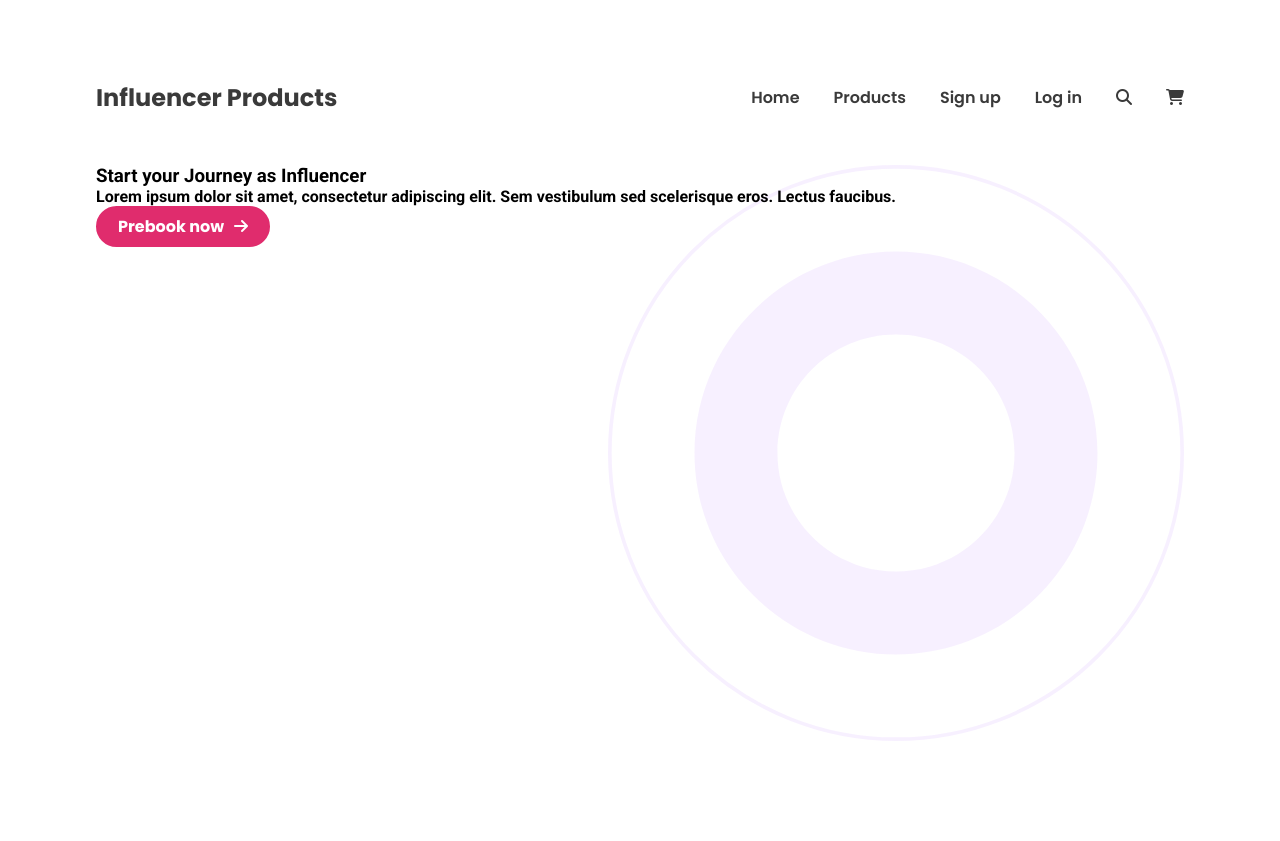
Repository: ShouravAhammed/Influencer-Gear-webpage
Page: index.html
An editor plug-in stored every save of this project. The page is shown before and after the next save, followed by the edit.
The browser window is 1280 px wide. The pictures show the whole page.
Some web libraries are served in a nearby version.

Above is the page before, as saved 2024-01-14 19:14:28.

### index.html
<!DOCTYPE html>
<html lang="en">
<head>
    <meta charset="UTF-8">
    <meta name="viewport" content="width=device-width, initial-scale=1.0">
    <!-- title -->
    <title>Influencer Gear</title>
    <!-- linked css -->
    <link rel="stylesheet" href="Style/style.css">
    <!-- fonts icon linked  -->
    <script src="https://kit.fontawesome.com/0d98d502eb.js" crossorigin="anonymous"></script>
</head>
<body>
    <!-- header part start-->
    <header class="header">
        <div class="container">
            <div class="navigation">
                <h3 class="nav-icon">Influencer Products</h3>
                <ul class="nav">
                    <li><a href="">Home</a></li>
                    <li><a href="">Products</a></li>
                    <li><a href="">Sign up</a></li>
                    <li><a href="">Log in</a></li>
                    <li><a href=""><i class="fa-solid fa-magnifying-glass"></i></a></li>
                    <li><a href=""><i class="fa-solid fa-cart-shopping"></i></a></li>
                </ul>
            </div>

            <!-- banner section part  -->
            <section id="banner">
                <div class="banner-content">
                    <h3 class="banner-title">Start your Journey as Influencer</h3>
                    <p class="banner-description">Lorem ipsum dolor sit amet, consectetur adipiscing elit. Sem vestibulum sed scelerisque eros. Lectus faucibus.</p>
                    <button class="primary-btn">Prebook now<i class="fa-solid fa-arrow-right right-arrow"></i></button>
                </div>
                <div class="banner-img"></div>
            </section>
        </div>
    </header>
    <!-- header part end -->
    <!-- main part start -->
    <main>

    </main>
    <!-- main part end -->
    <!-- footer part start-->
    <footer>

    </footer>
    <!-- footer part end -->
</body>
</html>

### Style/style.css
/*  Import fonts from google fonts */
@import url('https://fonts.googleapis.com/css2?family=Inter:wght@400;700&family=Manrope:wght@700&family=Poppins:ital,wght@0,300;0,400;0,500;0,600;0,700;0,800;0,900;1,200;1,300;1,400;1,500;1,600;1,700;1,800;1,900&family=Roboto:wght@700&display=swap');

/* all body measuring manually */
*{
    margin: 0;
    padding: 0;
    outline: 0;
    box-sizing: border-box;
}
body{
    font-family: 'Inter', sans-serif;
    font-family: 'Manrope', sans-serif;
    font-family: 'Poppins', sans-serif;
    font-family: 'Roboto', sans-serif;
}

/* root color and fonts */
:root{
    --primary-color:#E02C6D;
    --color: #3A3A3A;
    --card-title-color: #18191F;
    --card-price-Color: rgba(0, 0, 0, 0.87);
    --card-description-color: #787885;
}
/* container */
.container{
    width: 85%;
    margin: 0 auto;
}
/* primary button */
.primary-btn{
    color: #FFF;
    background-color: var(--primary-color);
    font-family: Poppins;
    font-size: 1rem;
    font-weight: 700;
    padding: 6px 20px;
    border: 2px solid var(--primary-color);
    border-radius: 41px;
}
.right-arrow{
    padding-left: 10px;
}
/* header part css style */
.header{
    margin: 80px 0 100px 0;
}
/* navigation part css style */
.navigation{
    display: flex;
    justify-content: space-between;
    align-items: center;
    margin-bottom: 50px;
}
.nav-icon{
    color: var(--color);
    font-feature-settings: 'clig' off, 'liga' off;
    font-family: Poppins;
    font-size: 1.5rem;
    font-weight: 700;
}
.navigation > .nav{
    display: flex;
    gap: 34px;
}
.nav li{
    list-style: none;
}
.nav li a{
    color: #3A3A3A;
    font-feature-settings: 'clig' off, 'liga' off;
    font-family: Poppins;
    font-size: 1rem;
    font-weight: 600;
    text-decoration: none;
}
/* banner section css style */

#banner{
    background-image: url(../images/Circle\ design.svg);
    background-position: bottom right;
    background-size: contain;
    background-repeat: no-repeat;
    height: 80vh;
}

After the next save:
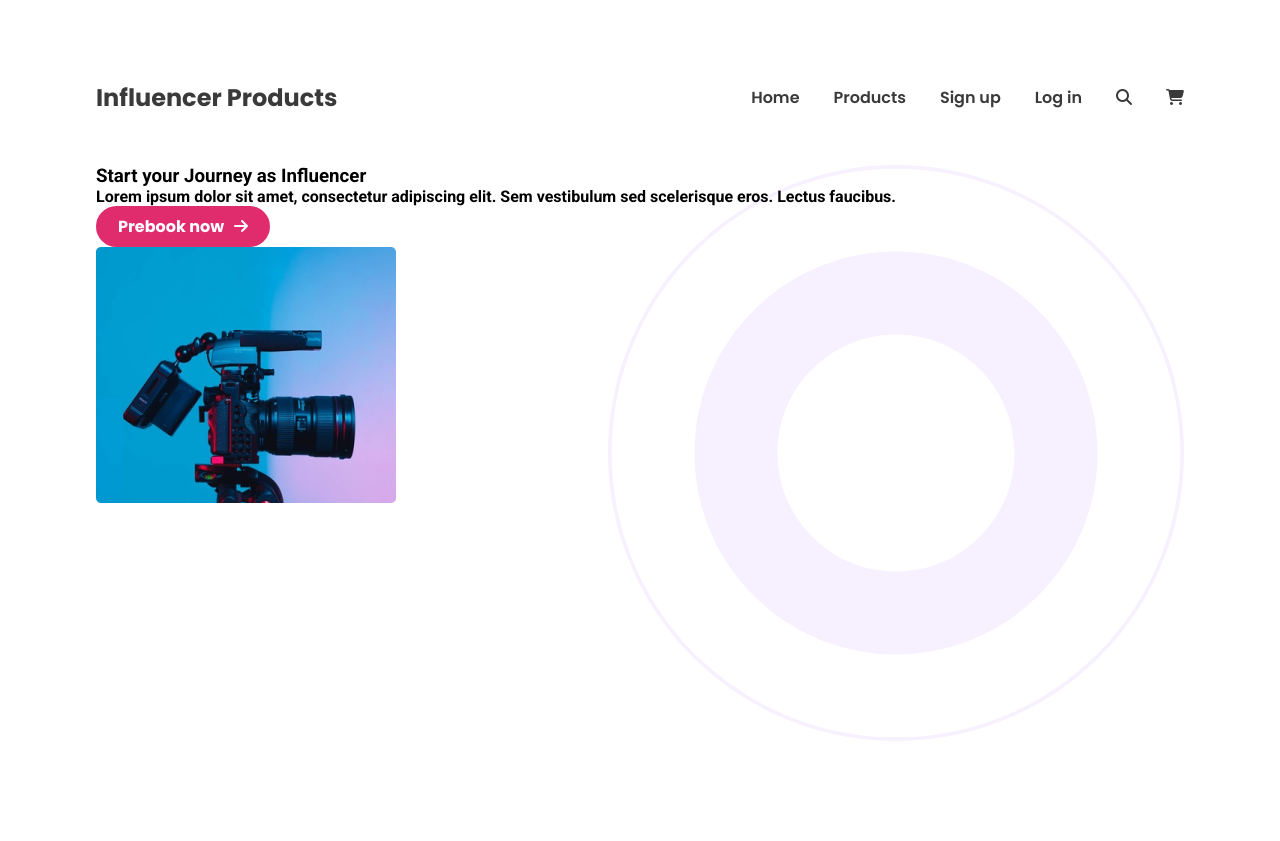
Saved 81 s later.
--- a/index.html
+++ b/index.html
@@ -33,7 +33,9 @@
                     <p class="banner-description">Lorem ipsum dolor sit amet, consectetur adipiscing elit. Sem vestibulum sed scelerisque eros. Lectus faucibus.</p>
                     <button class="primary-btn">Prebook now<i class="fa-solid fa-arrow-right right-arrow"></i></button>
                 </div>
-                <div class="banner-img"></div>
+                <div class="banner-img">
+                    <img src="images/camera.png" alt="camera-img">
+                </div>
             </section>
         </div>
     </header>
